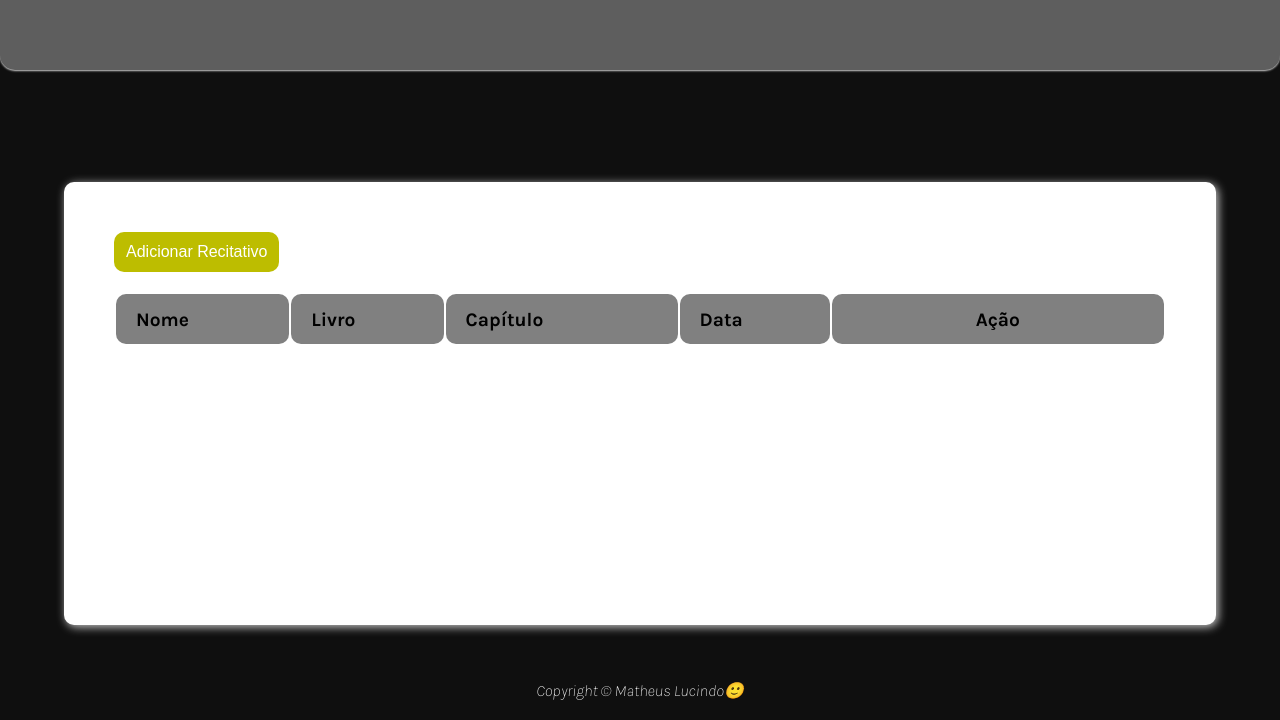
Repository: Matheus904-12/API-da-CCB
Page: index.html
The author's editor kept a copy of each file at every save. The page is drawn from the files as they stood at one save, then again after a run of saves.
The browser window is 1280 px wide. The pictures show the whole page.

Above is the page before, as saved 2024-01-14 01:42:30.

After the next 7 saves:
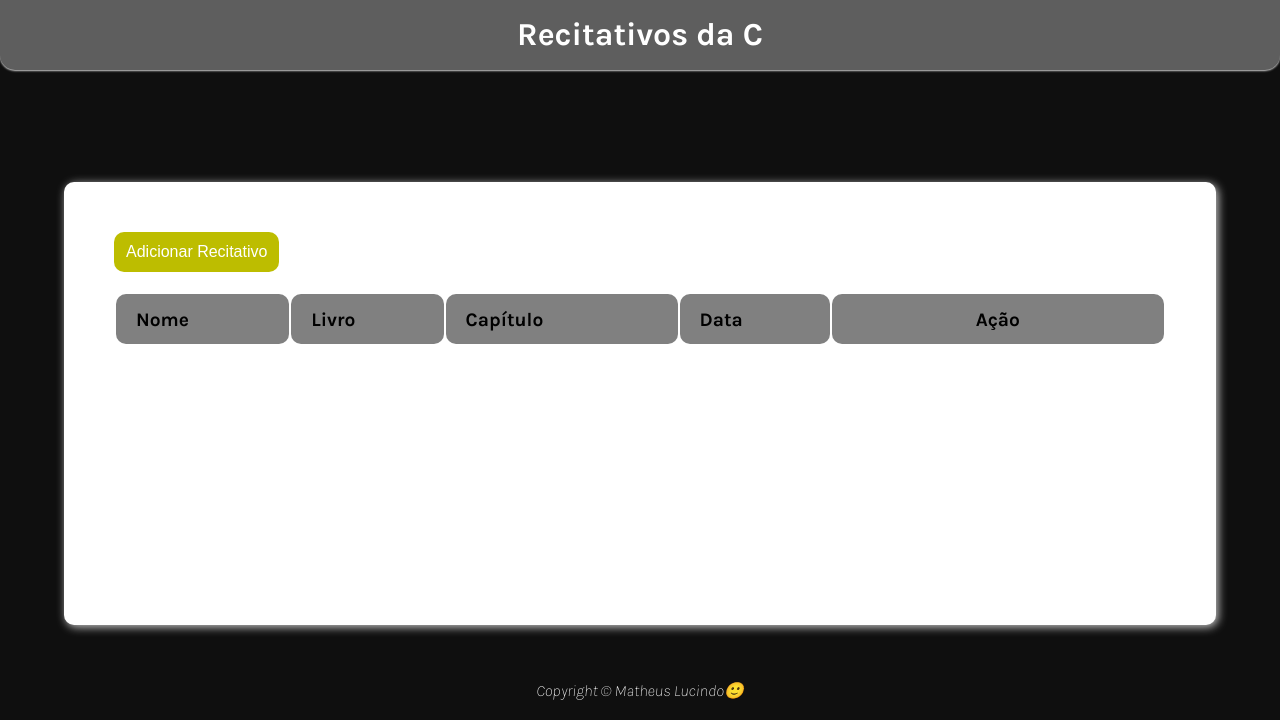
The 7 saves are shown as one change because they came seconds apart.
The last was saved 19 s later.
--- a/index.html
+++ b/index.html
@@ -20,7 +20,7 @@
 <body>
     <header>
 
-        <h1 class="header-title"></h1>
+        <h1 class="header-title">Recitativos da C</h1>
     </header>
     <br>
     <br>
